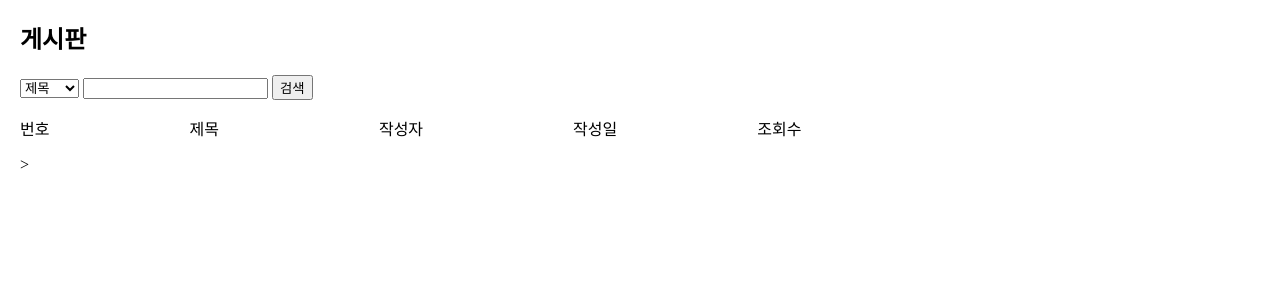
Repository: anydevil0812/board_subject
Page: http://localhost/board/main.jsp
The author's editor kept a copy of each file at every save. The page is drawn from the files as they stood at one save, then again after the next save.
The browser window is 1280 px wide. The pictures show the whole page.
The page is served by Tomcat 9. Other server files are loaded and not shown.

Above is the page before, as saved 2024-10-25 04:35:49.

### board/src/main/webapp/main.jsp
<%@page import="util.DBUtil"%>
<%@page import="java.sql.Connection"%>
<%@ taglib uri="http://java.sun.com/jsp/jstl/core" prefix="c"%>
<%@ page contentType="text/html;charset=UTF-8" language="java" %>
<%@ page import="java.util.List" %>
<%@ page import="dto.BoardDTO" %>
<%@ page import="dao.BoardDAO" %>

<%

	Connection conn = DBUtil.connect();
	BoardDTO dto = new BoardDTO();
	BoardDAO dao = new BoardDAO();

%>
<html>
<head>
    <title>Subject1-3</title>
    <link rel="stylesheet" href="./css/1.css"/>
</head>
<body>
    <h2>게시판</h2>
    <form action="" method="post">
	   <span>
	       <select name="search-category">
	           <option>제목</option>
	           <option>작성자</option>
	           <option>내용</option>
	       </select>
	   </span>
	   <span>
	       <input type="text" name="search-text">
	   </span>
	   <span>
	       <button name="search-button">검색</button>
	   </span>
	</form>
    <div class="board-title">
        <dl>
            <dt id="number">번호</dt>
            <dt id="title">제목</dt>
            <dt id="writer">작성자</dt>
            <dt id="date">작성일</dt>
            <dt id="views">조회수</dt>
        </dl>
    </div>
    <div class="board-list">
    	<c:forEach var="dto" items="${lists}">
	        <dl>
	            <dd>${dto.num}</dd>
	            <dd>
	            	<a href="${articleUrl}&num=${dto.num}">
                    	${dto.subject}
               		</a>
	            </dd>
	            <dd>${dto.name}</dd>
	            <dd>${dto.date}</dd>
	            <dd>${dto.count}</dd>
	        </dl>
        </c:forEach>>
    </div>
    <c:forEach var="post" items="${posts}">
        <div class="forward">
            <div class="post-title">${post.title}</div>
            <div>${post.content}</div>
            <div>작성자: ${post.username}</div>
        </div>
    </c:forEach>
</body>
</html>

### board/src/main/java/util/DBUtil.java
package util;

import java.sql.Connection;
import java.sql.DriverManager;
import java.sql.ResultSet;
import java.sql.SQLException;
import java.sql.Statement;

public class DBUtil {

	 public static Connection connect() throws SQLException, ClassNotFoundException {
		 	String driver ="oracle.jdbc.driver.OracleDriver";
	        String db_url = "jdbc:oracle:thin:@localhost:1521:xe";
	        String db_id = "SYSTEM";
	        String db_pw = "20241014!";
	        Class.forName(driver);

	        return DriverManager.getConnection(db_url, db_id, db_pw);
	 }

     public static void close(Connection con, Statement stmt, ResultSet rset) {
        try {
            if (rset != null) {
                rset.close();
                rset = null;
            }
            if (stmt != null) {
                stmt.close();
                stmt = null;
            }
            if (con != null) {
                con.close();
                con = null;
            }
        } catch (SQLException e) {
            e.printStackTrace();
        }
     }

}

### board/src/main/java/dto/BoardDTO.java
package dto;

public class BoardDTO {

	int num;

	String title;

	String name;

	String date;

	String views;

	public int getNum() {
		return num;
	}

	public void setNum(int num) {
		this.num = num;
	}

	public String getTitle() {
		return title;
	}

	public void setTitle(String title) {
		this.title = title;
	}

	public String getName() {
		return name;
	}

	public void setName(String name) {
		this.name = name;
	}

	public String getDate() {
		return date;
	}

	public void setDate(String date) {
		this.date = date;
	}

	public String getViews() {
		return views;
	}

	public void setViews(String views) {
		this.views = views;
	}

}

### board/src/main/webapp/css/1.css
body {
    margin: 20px;
}

.content {
    width: 70%;
    margin: 0 auto;
}

.board-title dl {
    display: flex;
}

.forward {
    border: 1px solid #ccc;
    margin: 10px 0;
    padding: 10px;
}

#number, #date {
	margin-right: 140px;
}

#title {
	margin-right: 160px;
}

#writer {
	margin-right: 150px;
}



.post-title {
    font-weight: bold;
    font-size: 1.2em;
}

.form-container {
    margin-bottom: 20px;
}

After the next save:
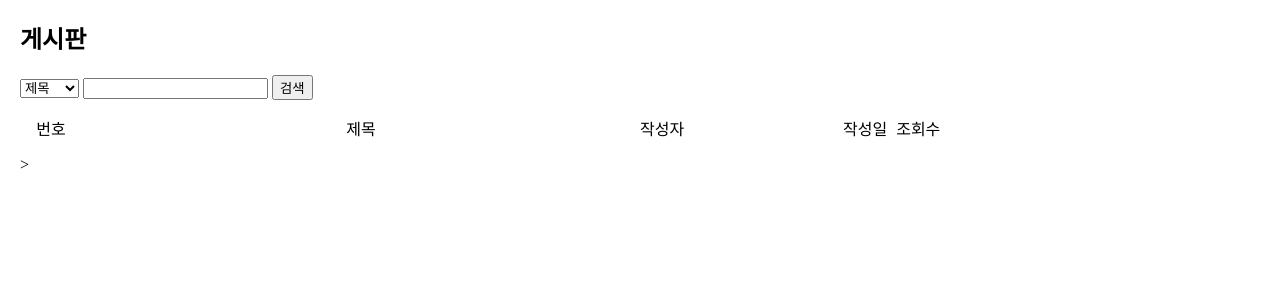
Saved 75 s later.
--- a/board/src/main/webapp/css/1.css
+++ b/board/src/main/webapp/css/1.css
@@ -11,6 +11,10 @@ body {
     display: flex;
 }
 
+.board-title dt {
+    text-align: center;
+}
+
 .forward {
     border: 1px solid #ccc;
     margin: 10px 0;
@@ -18,11 +22,11 @@ body {
 }
 
 #number, #date {
-	margin-right: 140px;
+	width: 5%
 }
 
 #title {
-	margin-right: 160px;
+	width: 45%;
 }
 
 #writer {
